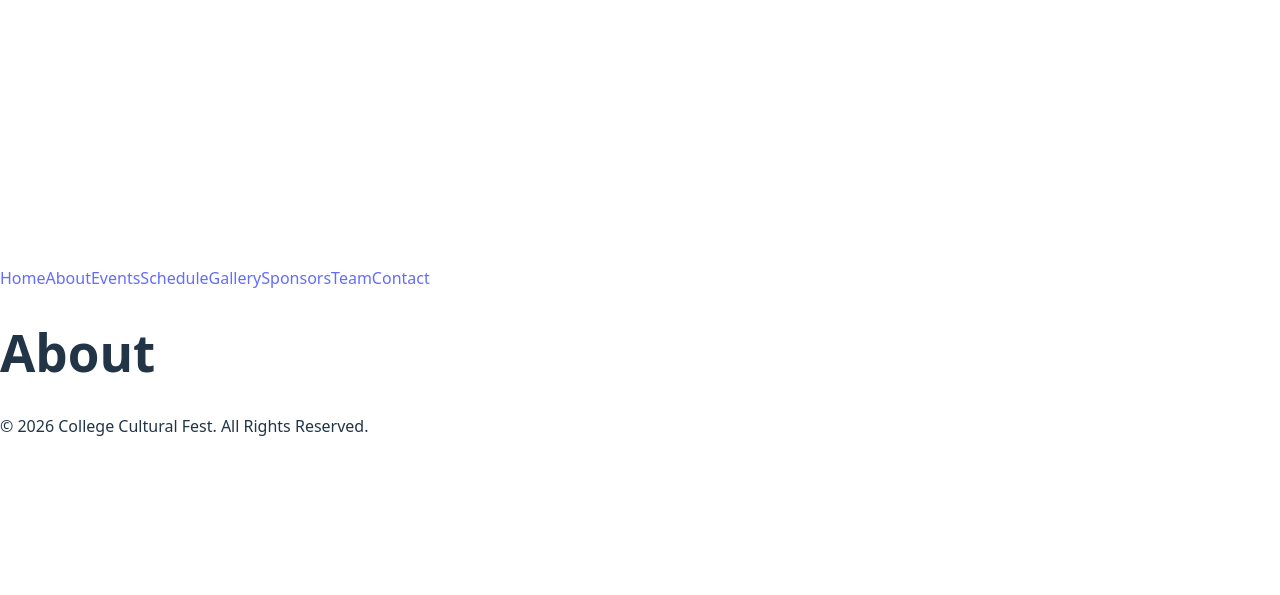
Repository: mridang-iiitu/Mridang-2k26
Page: /about
The author's editor kept a copy of each file at every save. The page is drawn from the files as they stood at one save, then again after the next save.
The browser window is 1280 px wide. The pictures show the whole page.
The project was rebuilt for these pictures with package versions that can differ from the ones it lists, and the page was loaded fresh each time. Also part of the build but not shown: vite.config.js, src/pages/Home.jsx, src/pages/Events.jsx, src/pages/Schedule.jsx, src/pages/Gallery.jsx, src/pages/Sponsors.jsx, src/pages/Team.jsx, src/pages/Contact.jsx.

Above is the page before, as saved 2026-08-03 13:32:00.

### src/App.jsx
import { BrowserRouter, Routes, Route } from "react-router-dom";

import Navbar from "./components/Navbar";
import Footer from "./components/Footer";

import Home from "./pages/Home";
import About from "./pages/About";
import Events from "./pages/Events";
import Schedule from "./pages/Schedule";
import Gallery from "./pages/Gallery";
import Sponsors from "./pages/Sponsors";
import Team from "./pages/Team";
import Contact from "./pages/Contact";

export default function App() {
  return (
    <BrowserRouter>
      <Navbar />

      <Routes>
        <Route path="/" element={<Home />} />
        <Route path="/about" element={<About />} />
        <Route path="/events" element={<Events />} />
        <Route path="/schedule" element={<Schedule />} />
        <Route path="/gallery" element={<Gallery />} />
        <Route path="/sponsors" element={<Sponsors />} />
        <Route path="/team" element={<Team />} />
        <Route path="/contact" element={<Contact />} />
      </Routes>

      <Footer />
    </BrowserRouter>
  );
}

### src/components/Navbar.jsx
import { Link } from "react-router-dom";

export default function Navbar() {
  return (
    <nav className="bg-gray-900 text-white px-8 py-4 flex gap-6">
      <Link to="/">Home</Link>
      <Link to="/about">About</Link>
      <Link to="/events">Events</Link>
      <Link to="/schedule">Schedule</Link>
      <Link to="/gallery">Gallery</Link>
      <Link to="/sponsors">Sponsors</Link>
      <Link to="/team">Team</Link>
      <Link to="/contact">Contact</Link>
    </nav>
  );
}

### src/components/Footer.jsx
export default function Footer() {
  return (
    <footer className="bg-gray-900 text-white text-center py-6">
      <p>© 2026 College Cultural Fest. All Rights Reserved.</p>
    </footer>
  );
}

### src/pages/About.jsx
export default function About() {
  return (
    <div className="min-h-screen p-10">
      <h1 className="text-4xl font-bold">About</h1>
    </div>
  );
}

Loaded but not shown: index.html (common file); src/main.jsx (common file); src/index.css (common file)

After the next save:
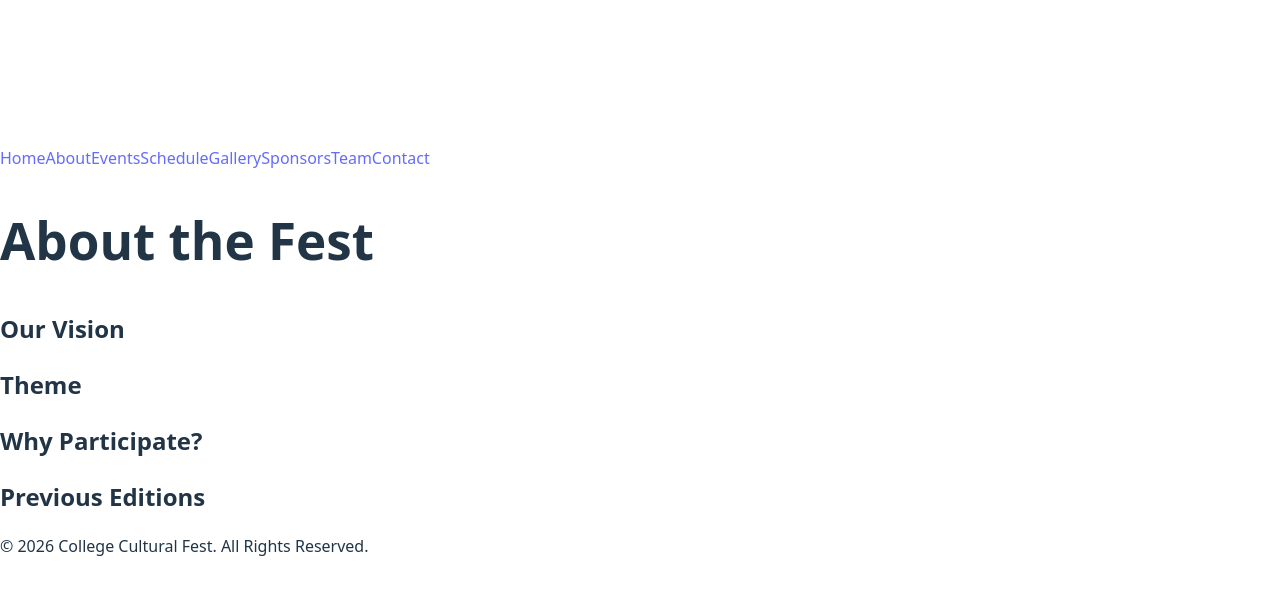
Saved 2 min 7 s later.
--- a/src/pages/About.jsx
+++ b/src/pages/About.jsx
@@ -1,7 +1,27 @@
 export default function About() {
   return (
-    <div className="min-h-screen p-10">
-      <h1 className="text-4xl font-bold">About</h1>
-    </div>
+    <main>
+
+      <section>
+        <h1>About the Fest</h1>
+      </section>
+
+      <section>
+        <h2>Our Vision</h2>
+      </section>
+
+      <section>
+        <h2>Theme</h2>
+      </section>
+
+      <section>
+        <h2>Why Participate?</h2>
+      </section>
+
+      <section>
+        <h2>Previous Editions</h2>
+      </section>
+
+    </main>
   );
 }
